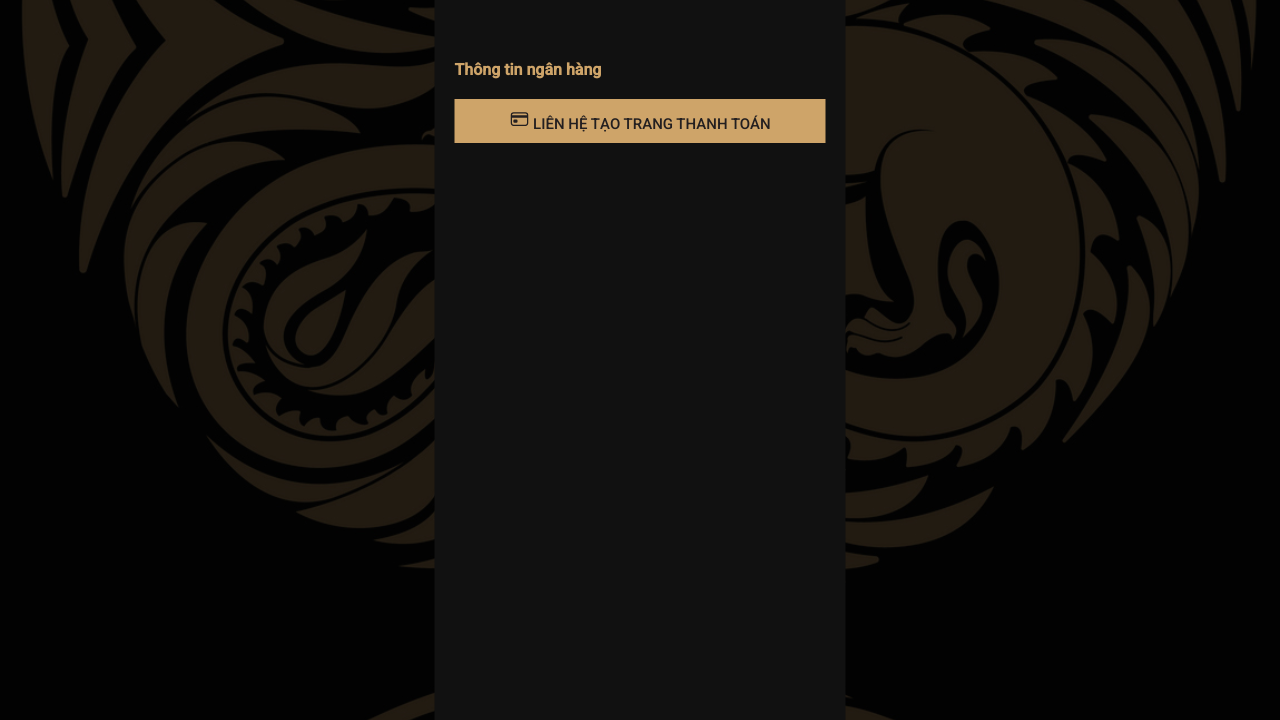
Repository: yzarc204/nguyen-tien-viet-hoang
Page: thong-tin-thanh-toan/index.html
These files come from the project's save history. The page is drawn as it stood at one moment and after the next save; the edit follows.
The browser window is 1280 px wide. The pictures show the whole page.

Above is the page before, as saved 2021-10-02 23:44:45.
Console error: SyntaxError: Unexpected token 'function'

After the next save:
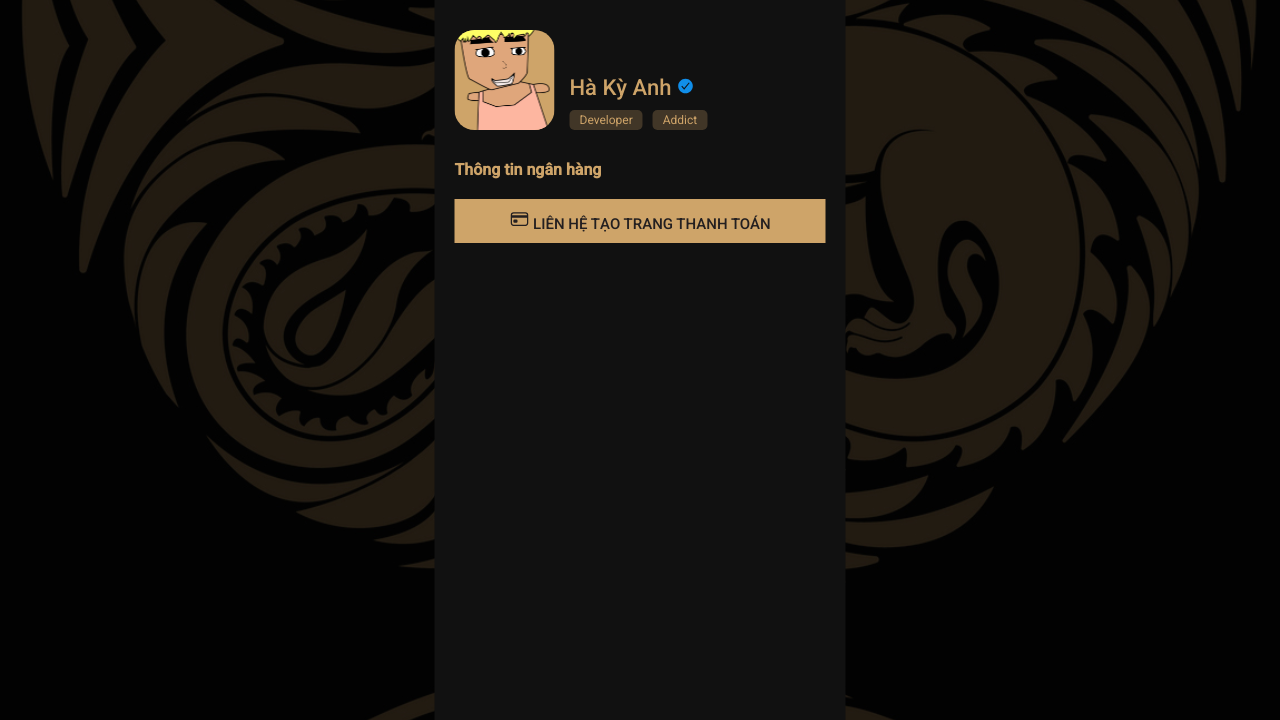
Console error: ReferenceError: number is not defined
Saved 7 s later.
--- a/thong-tin-thanh-toan/public/js/method.js
+++ b/thong-tin-thanh-toan/public/js/method.js
@@ -90,7 +90,9 @@ function CopyEvent() {
     })
 }
 
-function S
+function Show_Modal(number) {
+
+}
 
 function MouseLeaveEvent() {
     const elmBank = document.querySelectorAll('.bank');
